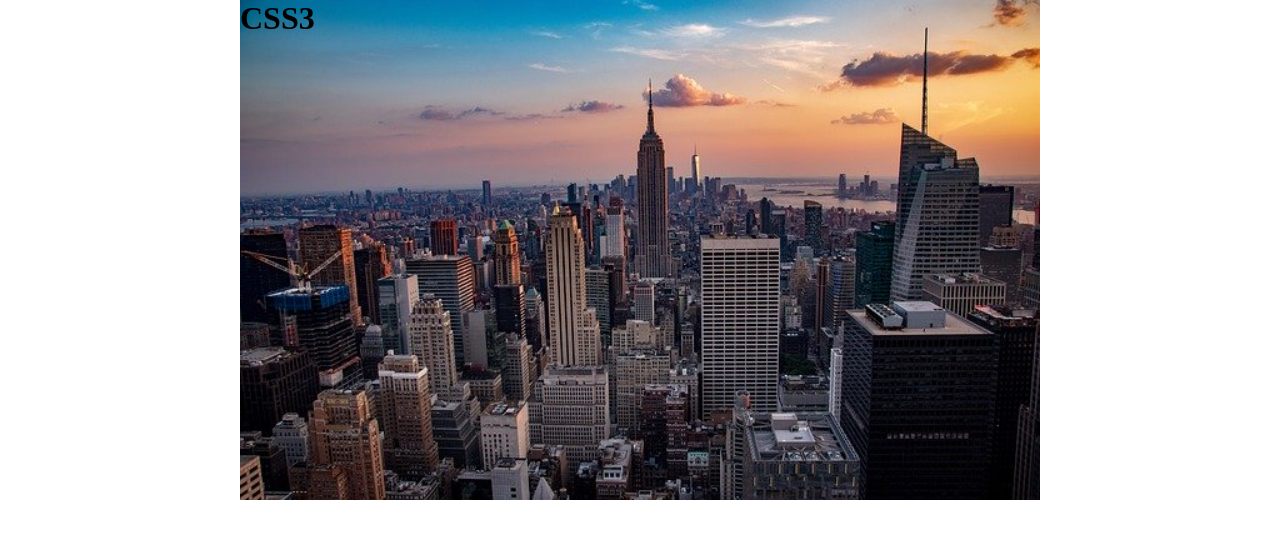
Repository: topyoungil/CodeMemories-ByJake
Page: HTML_CSS/WebContent/test/1003_css/position-2.html
These files come from the project's save history. The page is drawn as it stood at one moment and after the next save; the edit follows.
The browser window is 1280 px wide. The pictures show the whole page.

Above is the page before, as saved 2022-10-03 06:52:56.

After the next save:
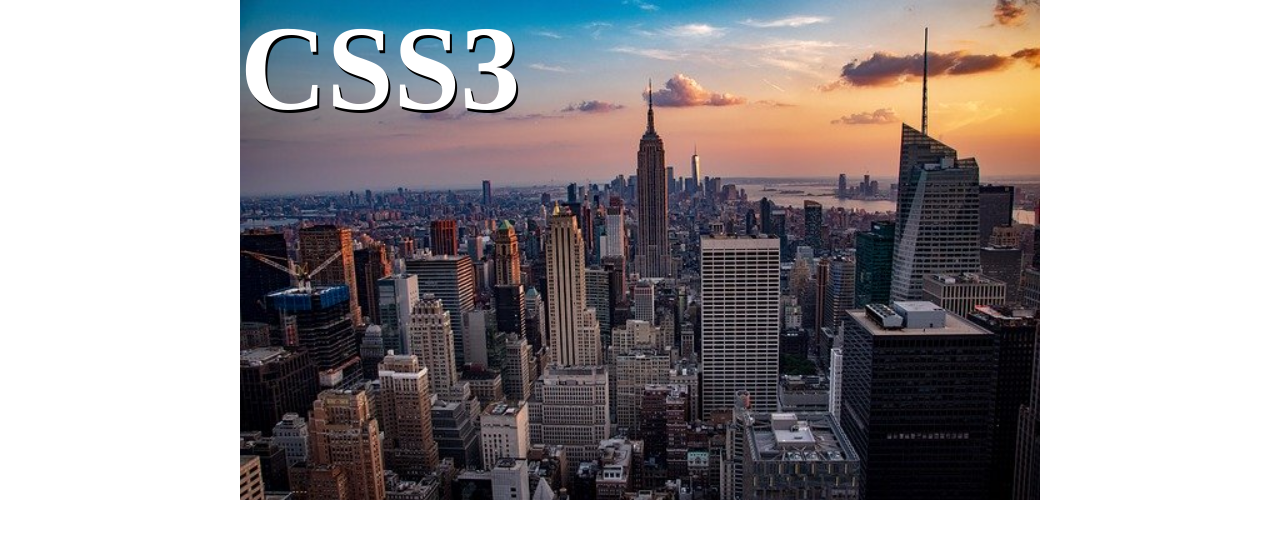
Saved 34 s later.
--- a/HTML_CSS/WebContent/test/1003_css/position-2.html
+++ b/HTML_CSS/WebContent/test/1003_css/position-2.html
@@ -17,6 +17,12 @@
 		height: 500px;
 		margin: 0 auto;
 	}
+
+	h1 {
+		color: #fff;
+		font-size: 120px;
+		text-shadow: 2px 3px 0 #000;
+	}
 </style>
 </head>
 <body>
